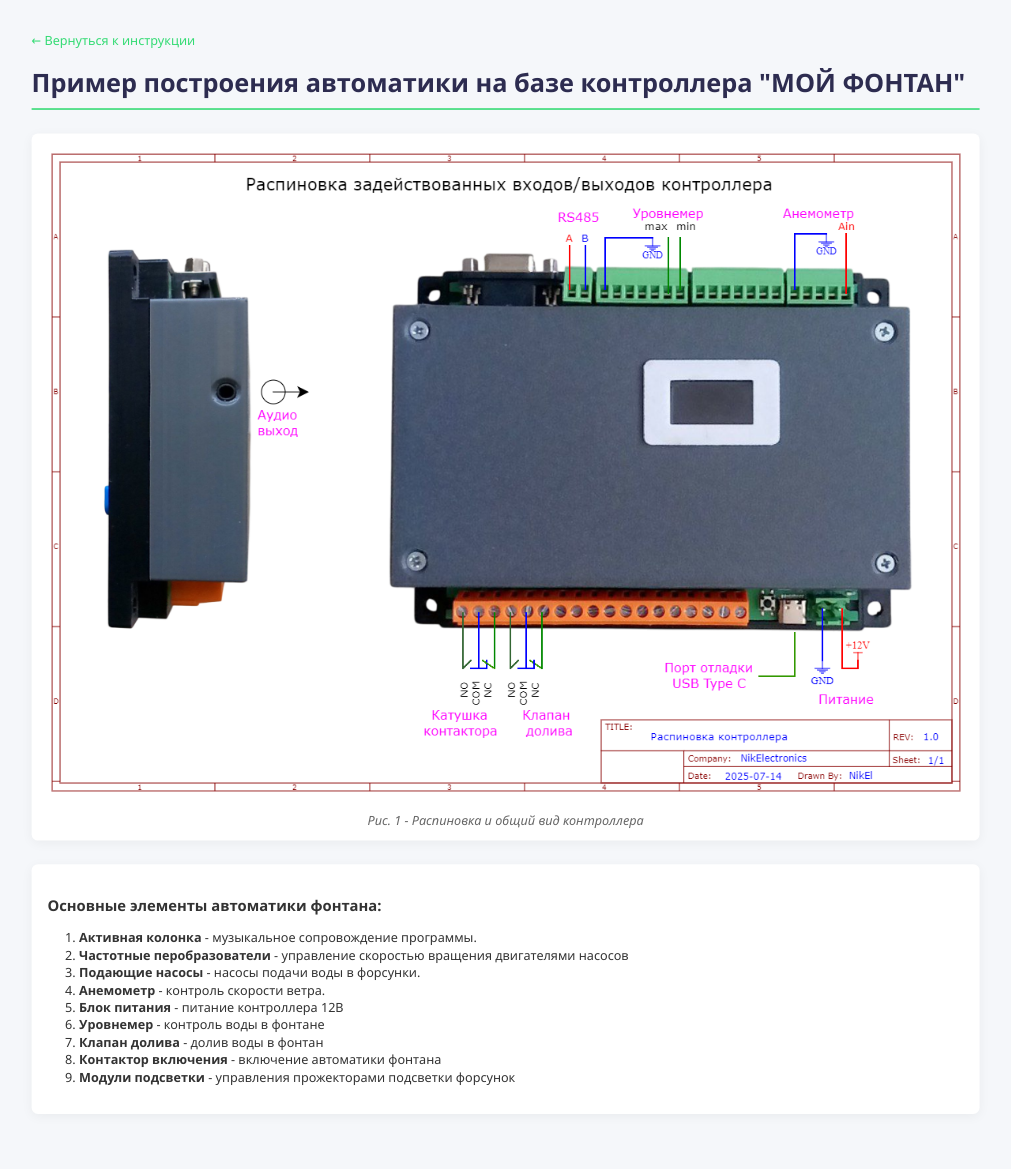
Repository: NikElectronics/fountain_manual
Page: pinout.html
The author's editor kept a copy of each file at every save. The page is drawn from the files as they stood at one save, then again after the next save.
The browser window is 1280 px wide. The pictures show the whole page, at 79% of full size.

Above is the page before, as saved 2025-07-14 10:11:04.

After the next save:
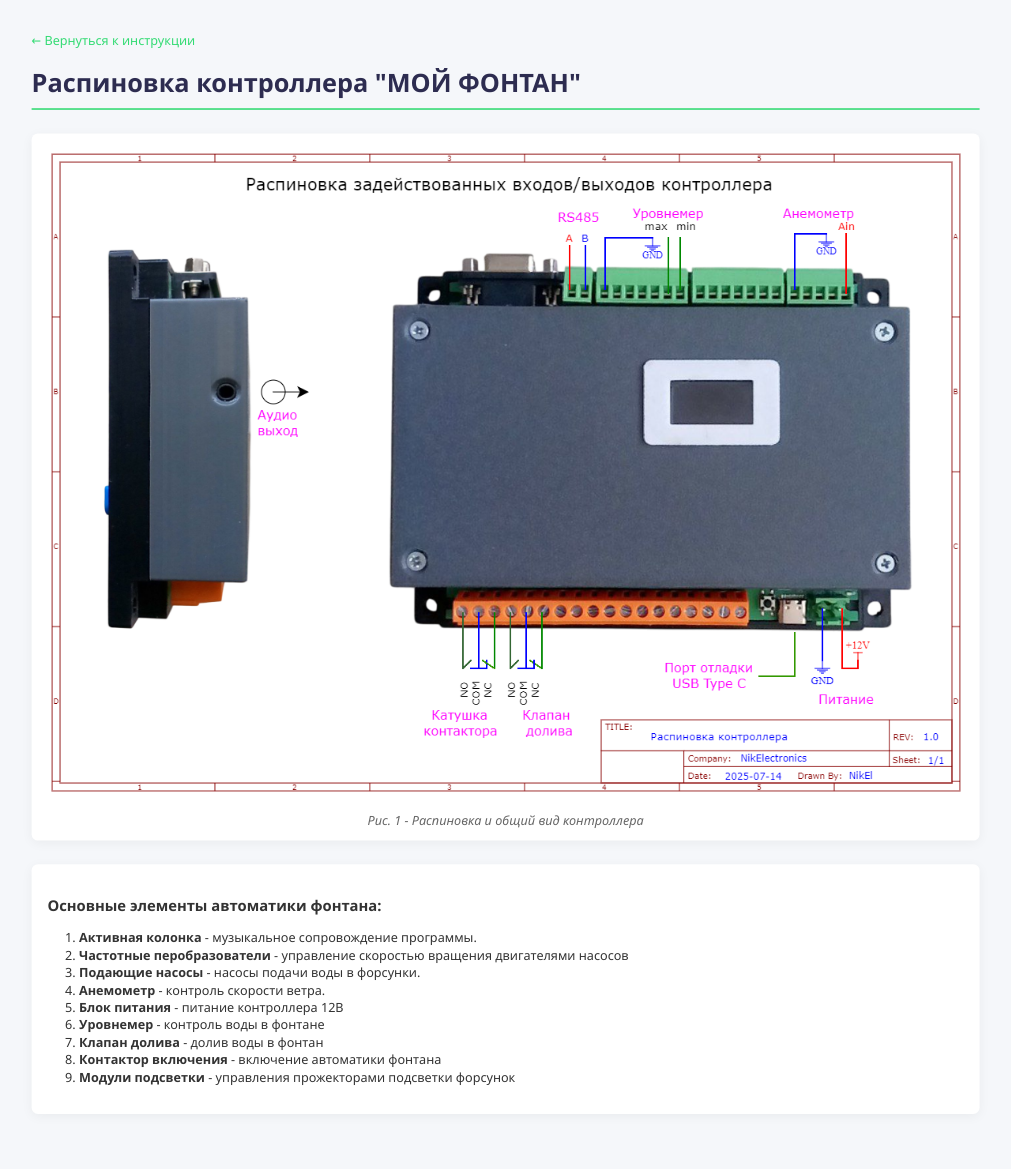
Saved 38 s later.
--- a/pinout.html
+++ b/pinout.html
@@ -81,7 +81,7 @@
     <div class="container">
         <a href="index.html" class="back-link">← Вернуться к инструкции</a>
 
-        <h1>Пример построения автоматики на базе контроллера "МОЙ ФОНТАН"</h1>
+        <h1>Распиновка контроллера "МОЙ ФОНТАН"</h1>
 
         <div class="screenshot-container">
             <img src="screenshots/pinout.png" alt="Изображение контроллера" class="screenshot">
